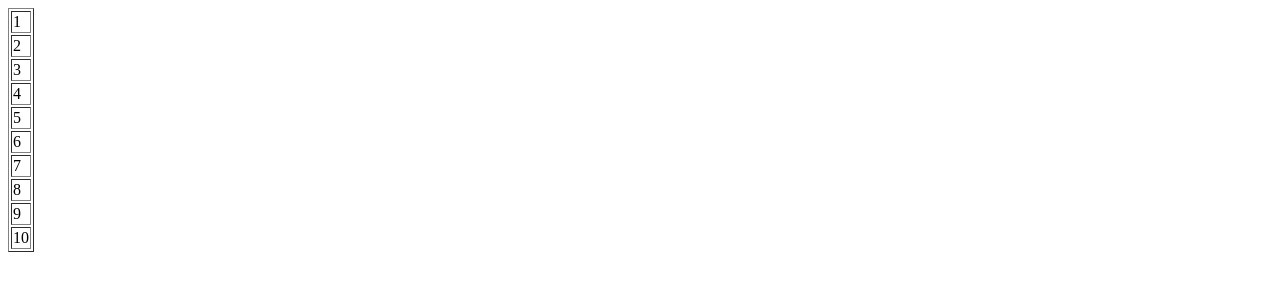
Repository: insunkang/JSP
Page: clientweb/WebContent/js_basic/js_table_test.html
These files come from the project's save history. The page is drawn as it stood at one moment and after the next save; the edit follows.
The browser window is 1280 px wide. The pictures show the whole page.

Above is the page before, as saved 2020-01-07 04:47:28.

After the next save:
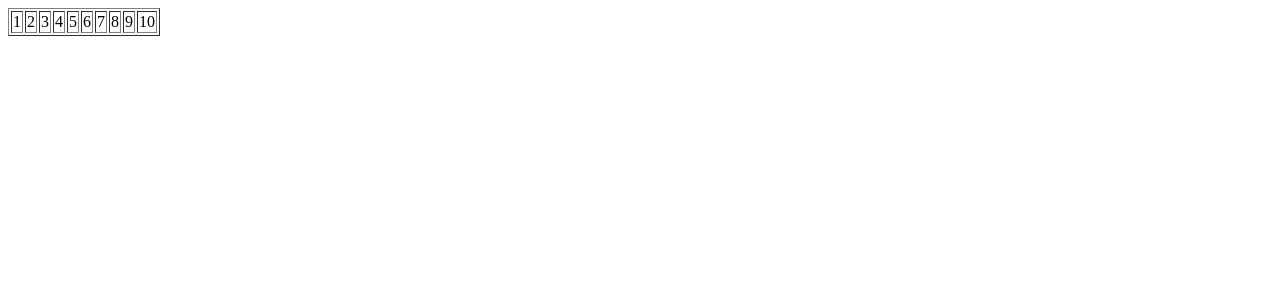
Saved 112 s later.
--- a/clientweb/WebContent/js_basic/js_table_test.html
+++ b/clientweb/WebContent/js_basic/js_table_test.html
@@ -11,7 +11,7 @@
 	document.write("<tbody>")
 	document.write("<tr>")
 	for(i =1; i<11;i++){
-		document.write("<td>"+i+"</tr>")
+		document.write("<td>"+i+"</td>")
 
 	}
 	document.write("</tr>")

After the save that followed:
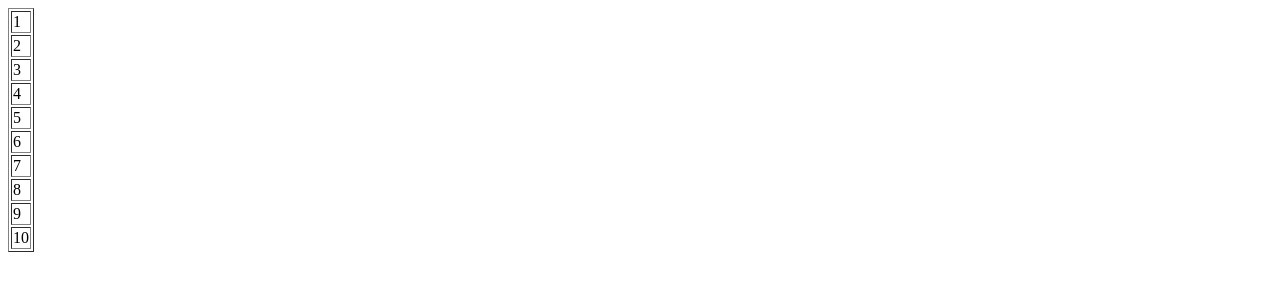
Saved 6 s later.
--- a/clientweb/WebContent/js_basic/js_table_test.html
+++ b/clientweb/WebContent/js_basic/js_table_test.html
@@ -11,7 +11,7 @@
 	document.write("<tbody>")
 	document.write("<tr>")
 	for(i =1; i<11;i++){
-		document.write("<td>"+i+"</td>")
+		document.write("<td>"+i+"</tr>")
 
 	}
 	document.write("</tr>")
